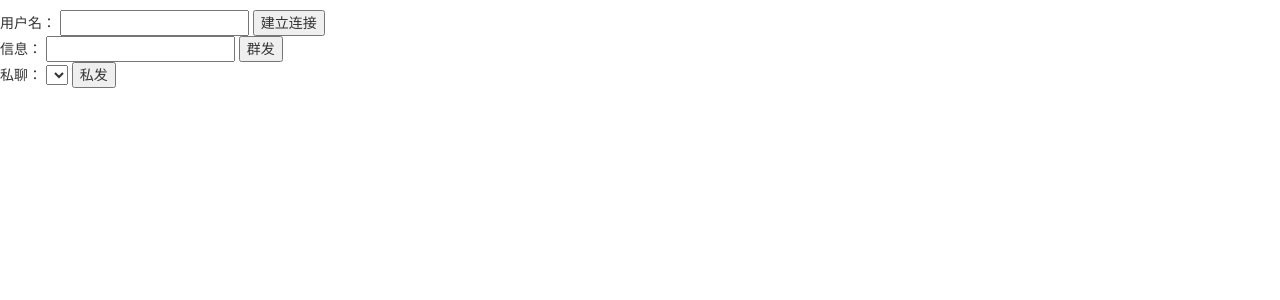
Repository: eheihaha2/whoisthespy-
Page: webDemo/WebContent/room.html
The author's editor kept a copy of each file at every save. The page is drawn from the files as they stood at one save, then again after the next save.
The browser window is 1280 px wide. The pictures show the whole page.

Above is the page before, as saved 2020-02-26 01:33:56.

After the next save:
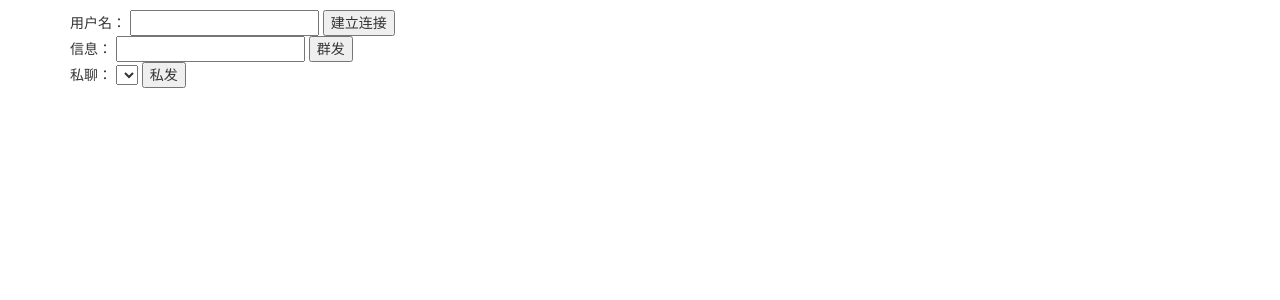
Saved 35 s later.
--- a/webDemo/WebContent/room.html
+++ b/webDemo/WebContent/room.html
@@ -7,9 +7,8 @@
 	<title></title>
 </head>
 <body>
-	<div >
+	<div class="container">
       <h4 class="userinfo"></h4>
-    </div>
 	<span>用户名：</span>
       <input type="text" name="username"/>
       <button id="connBtn">建立连接</button><br />
@@ -24,6 +23,7 @@
 	<div class="info">
 		<span class="name"></span>
 		<span class="msg"></span>
+	</div>
 	</div>
 </body>
 <script type="text/javascript">
